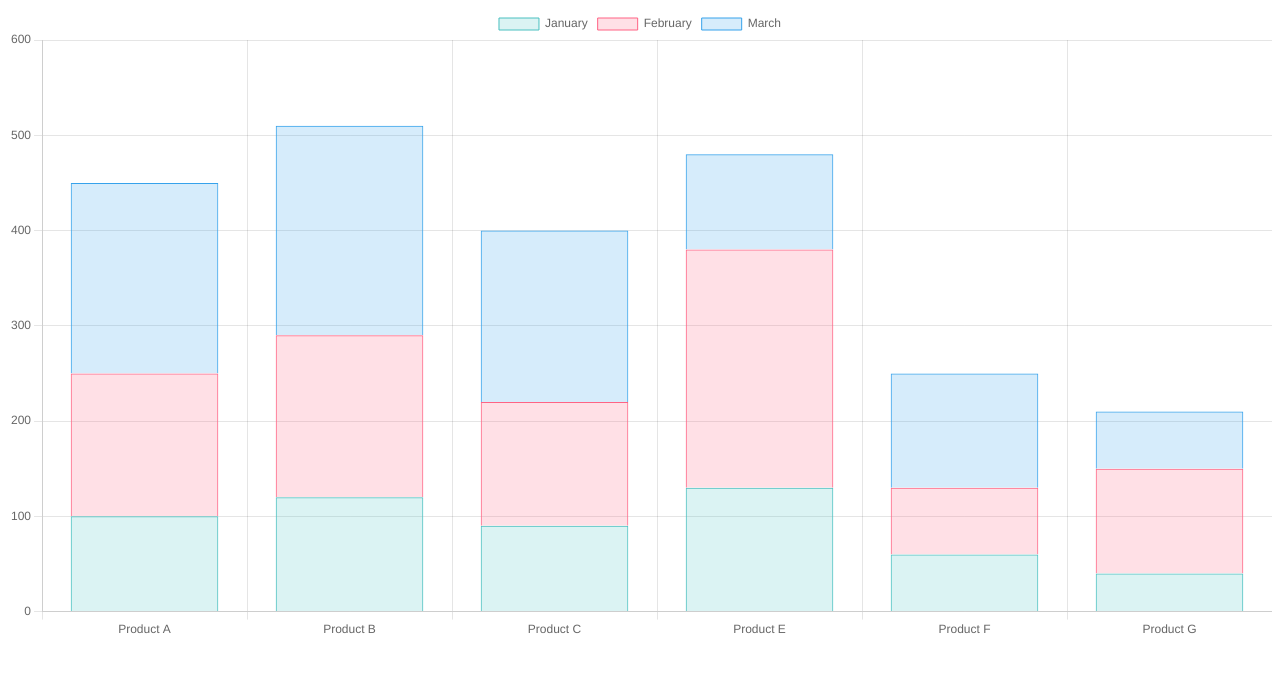
Repository: sagarjain738/test
Page: /
These files come from the project's save history. The page is drawn as it stood at one moment and after the next save; the edit follows.
The browser window is 1280 px wide. The pictures show the whole page.
The project was rebuilt for these pictures with package versions that can differ from the ones it lists, and the page was loaded fresh each time. Also part of the build but not shown: vite.config.js, src/App.css, src/index.css.

Above is the page before, as saved 2024-01-20 18:39:13.

After the next save:
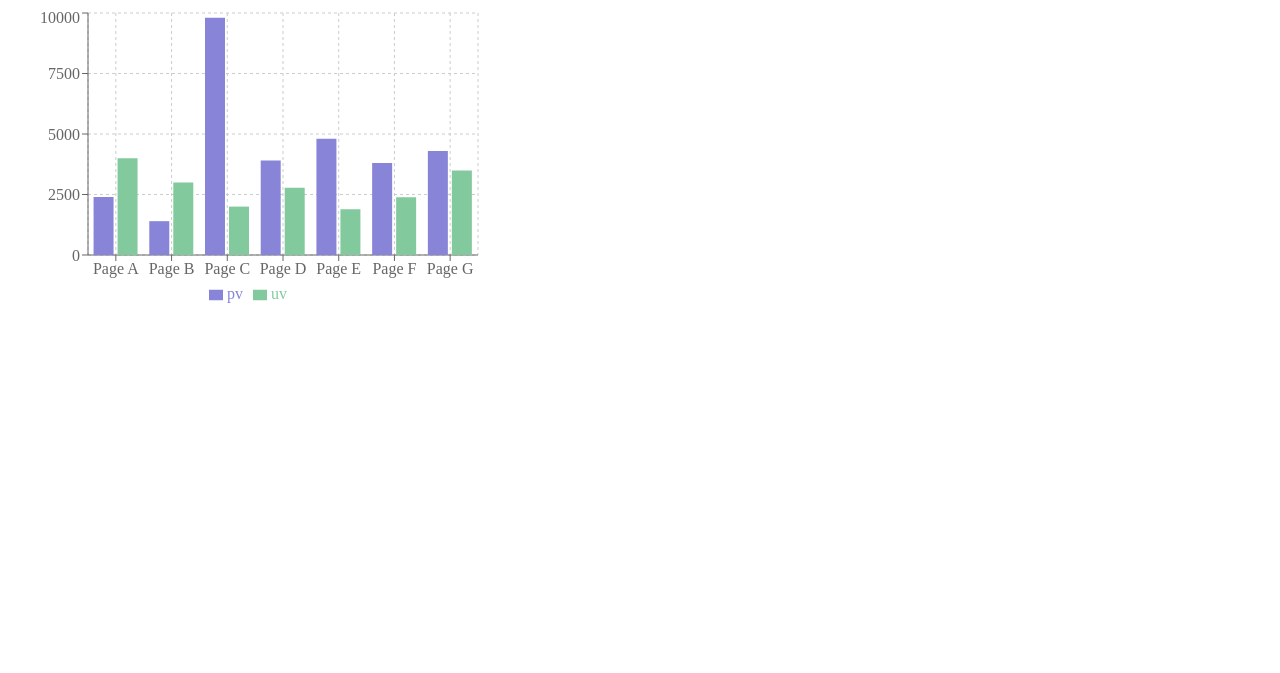
Saved 54 s later.
--- a/src/components/FirstChart.jsx
+++ b/src/components/FirstChart.jsx
@@ -1,67 +1,91 @@
-import React, { useEffect, useRef } from "react";
-import Chart from "chart.js/auto";
+import React from "react";
+import {
+  BarChart,
+  Bar,
+  Rectangle,
+  XAxis,
+  YAxis,
+  CartesianGrid,
+  Tooltip,
+  Legend,
+  ResponsiveContainer,
+} from "recharts";
 
-const SalesBarChart = ({ data }) => {
-  const chartRef = useRef(null);
+const data = [
+  {
+    name: "Page A",
+    uv: 4000,
+    pv: 2400,
+    amt: 2400,
+  },
+  {
+    name: "Page B",
+    uv: 3000,
+    pv: 1398,
+    amt: 2210,
+  },
+  {
+    name: "Page C",
+    uv: 2000,
+    pv: 9800,
+    amt: 2290,
+  },
+  {
+    name: "Page D",
+    uv: 2780,
+    pv: 3908,
+    amt: 2000,
+  },
+  {
+    name: "Page E",
+    uv: 1890,
+    pv: 4800,
+    amt: 2181,
+  },
+  {
+    name: "Page F",
+    uv: 2390,
+    pv: 3800,
+    amt: 2500,
+  },
+  {
+    name: "Page G",
+    uv: 3490,
+    pv: 4300,
+    amt: 2100,
+  },
+];
 
-  useEffect(() => {
-    // Extract product names and sales data from the provided data
-    const products = data.salesData.map((item) => item.product);
-    const salesData = data.salesData.map((item) =>
-      item.sales.map((sale) => sale.amount)
-    );
-
-    // Destroy the previous chart instance if it exists
-    if (chartRef.current) {
-      chartRef.current.destroy();
-    }
-
-    // Create a chart canvas
-    const ctx = document.getElementById("salesChart").getContext("2d");
-
-    // Create a bar chart
-    chartRef.current = new Chart(ctx, {
-      type: "bar",
-      data: {
-        labels: products,
-        datasets: [
-          {
-            label: "January",
-            data: salesData.map((sales) => sales[0]),
-            backgroundColor: "rgba(75, 192, 192, 0.2)",
-            borderColor: "rgba(75, 192, 192, 1)",
-            borderWidth: 1,
-          },
-          {
-            label: "February",
-            data: salesData.map((sales) => sales[1]),
-            backgroundColor: "rgba(255, 99, 132, 0.2)",
-            borderColor: "rgba(255, 99, 132, 1)",
-            borderWidth: 1,
-          },
-          {
-            label: "March",
-            data: salesData.map((sales) => sales[2]),
-            backgroundColor: "rgba(54, 162, 235, 0.2)",
-            borderColor: "rgba(54, 162, 235, 1)",
-            borderWidth: 1,
-          },
-        ],
-      },
-      options: {
-        scales: {
-          x: {
-            stacked: true,
-          },
-          y: {
-            stacked: true,
-          },
-        },
-      },
-    });
-  }, [data]);
-
-  return <canvas id="salesChart" width="400" height="200"></canvas>;
+const FirstChart = () => {
+  return (
+    <BarChart
+      width={500}
+      height={300}
+      data={data}
+      margin={{
+        top: 5,
+        right: 30,
+        left: 20,
+        bottom: 5,
+      }}
+    >
+      <CartesianGrid strokeDasharray="3 3" />
+      <XAxis dataKey="name" />
+      <YAxis />
+      <Tooltip />
+      <Legend />
+      <Bar
+        dataKey="pv"
+        fill="#8884d8"
+        activeBar={<Rectangle fill="pink" stroke="blue" />}
+      />
+      <Bar
+        dataKey="uv"
+        fill="#82ca9d"
+        activeBar={<Rectangle fill="gold" stroke="purple" />}
+      />
+    </BarChart>
+  );
 };
 
-export default SalesBarChart;
+export default FirstChart;
